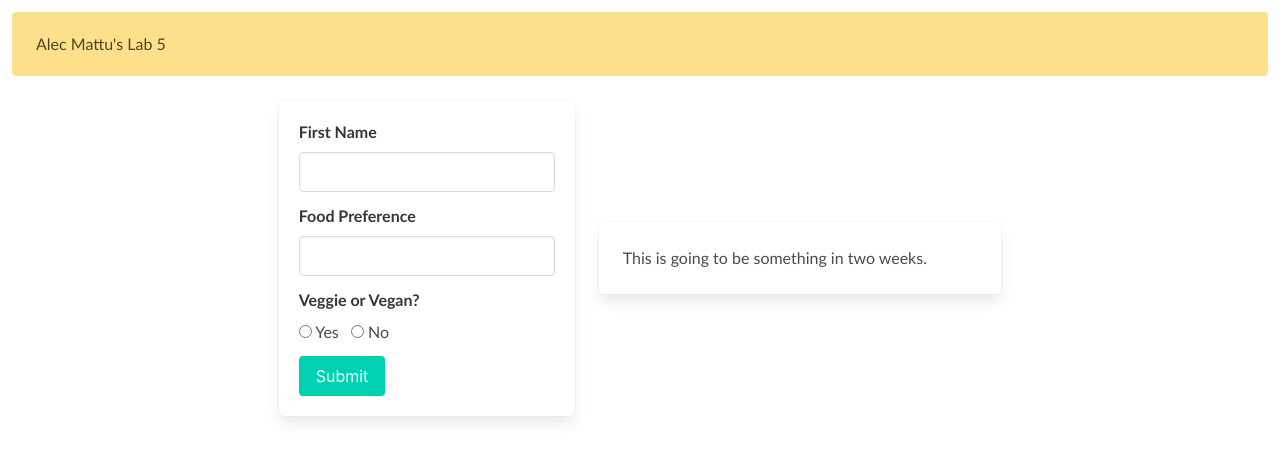
Repository: arkomz/INST377-Lab-Work
Page: client/lab_5/index.html
The author's editor kept a copy of each file at every save. The page is drawn from the files as they stood at one save, then again after the next save.
The browser window is 1280 px wide. The pictures show the whole page.

Above is the page before, as saved 2021-10-01 14:49:25.

After the next save:
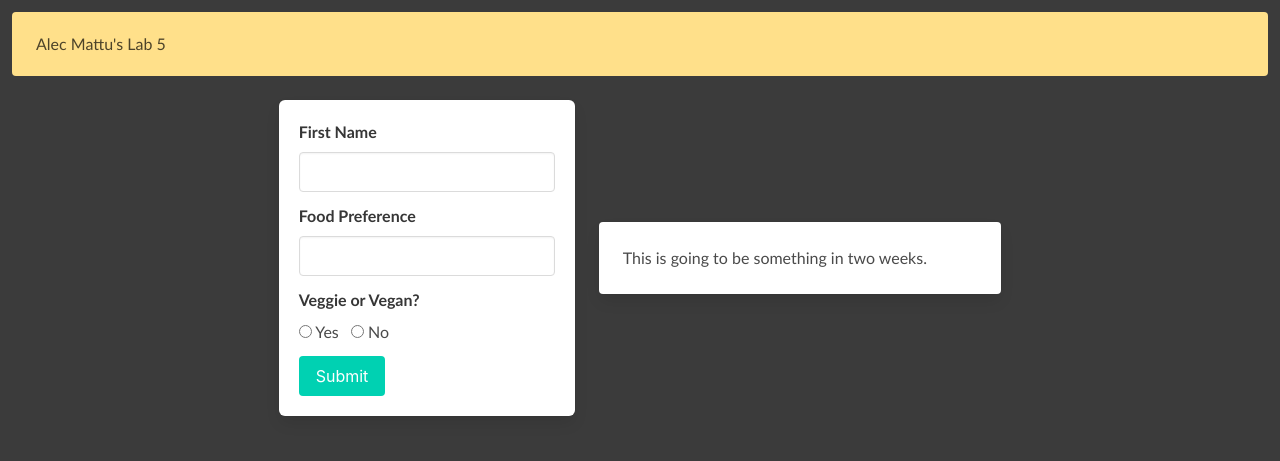
Saved 23 s later.
--- a/client/lab_5/styles.css
+++ b/client/lab_5/styles.css
@@ -4,12 +4,17 @@
     box-sizing: border-box;
   }
 
+  html {
+    height: 100%;
+  }
+
   body {
+    height: 100%;
     margin: 0;
     padding: 0;
     font-family: ‘Segoe UI’, Candara, ‘Bitstream Vera Sans’, ‘DejaVu Sans’,
-      ‘Bitsream Vera Sans’, ‘Trebuchet MS’, Verdana, ‘Verdana Ref’, sans-serif;
-    background-color: white;
+        ‘Bitsream Vera Sans’, ‘Trebuchet MS’, Verdana, ‘Verdana Ref’, sans-serif;
+    background-color: #3b3b3b;
   }
 
   /* Page Layout */
@@ -26,25 +31,3 @@
     max-width: 960px;
     margin-top: 25px;
   }
-
-  @media only screen and (min-width: 700px) {
-    .speaker-form-header,
-    .speaker-form {
-      width: 600px;
-    }
-    .form-row {
-      flex-direction: row;
-      align-items: flex-start; /* To avoid stretching */
-      margin-bottom: 20px;
-    }
-    .form-row input[type='text'] {
-      width: 250px;
-      height: initial;
-    }
-    .form-row label {
-      text-align: right;
-      width: 120px;
-      margin-top: 7px;
-      padding-right: 20px;
-    }
-  }
